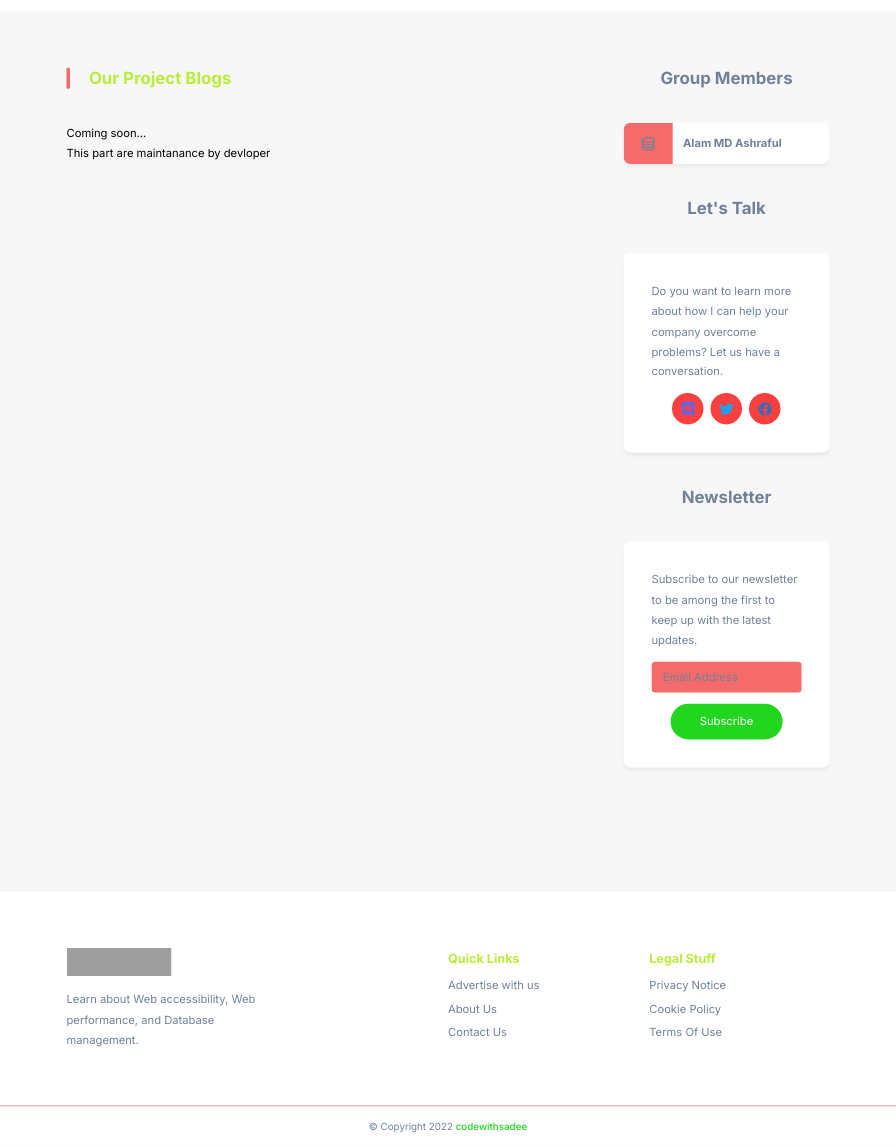
Repository: ramizraaz/zjuTeam
Page: main.html
The author's editor kept a copy of each file at every save. The page is drawn from the files as they stood at one save, then again after the next save.
The browser window is 1280 px wide. The pictures show the part of the page from y = 536 to 2456 px (the page is 2174 px tall before and 2473 px after), at 70% of full size.
Pictures or frames that could not be fetched are drawn as grey boxes. A picture or video elsewhere on the page could not be fetched, so the positions and the page height are approximate.

Above is the page before, as saved 2023-10-09 02:27:08.

After the next save:
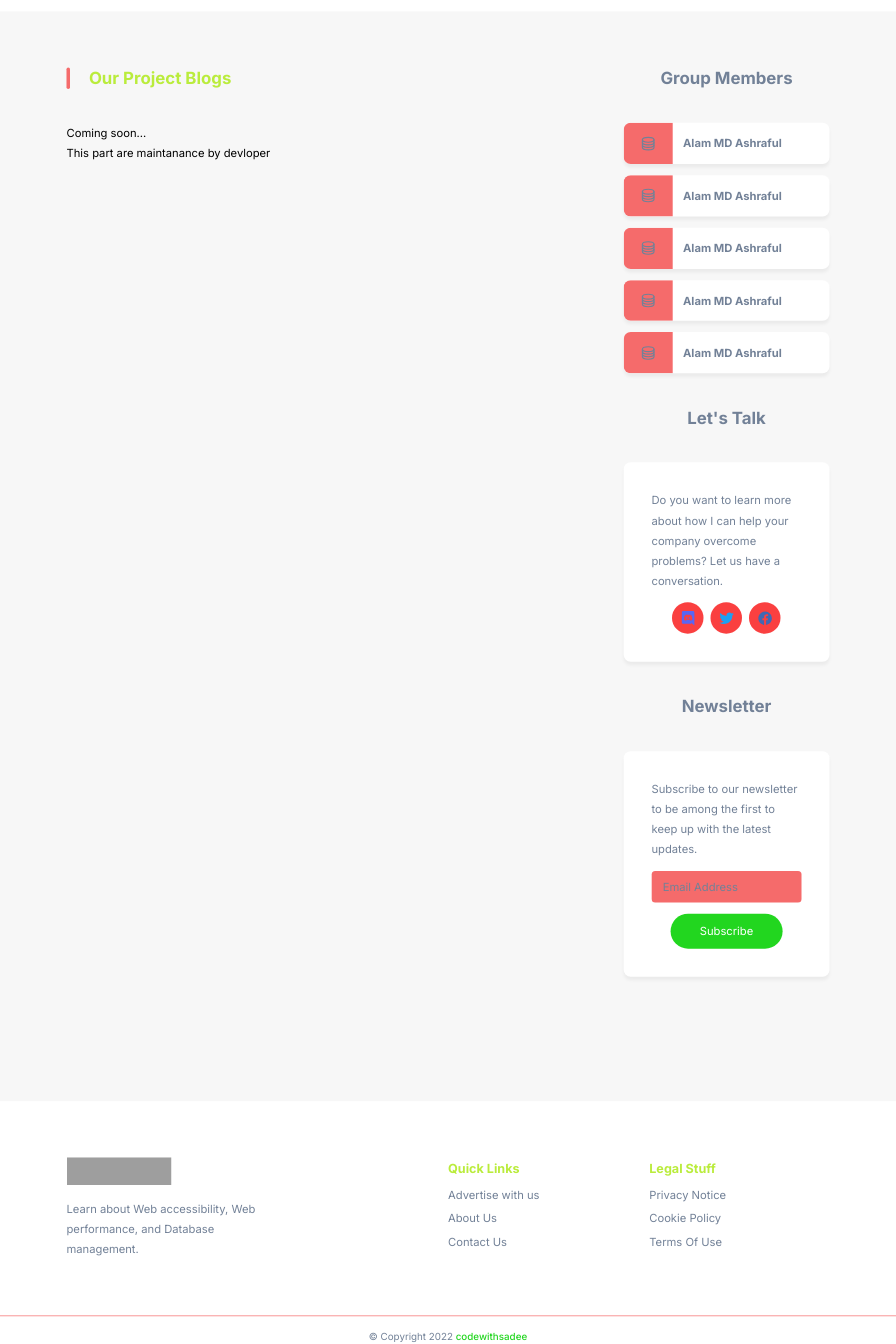
Saved 17 s later.
--- a/main.html
+++ b/main.html
@@ -198,6 +198,34 @@
 
                             <p>Alam MD Ashraful</p>
                         </a>
+                        <a href="#" class="topic-btn">
+                            <div class="icon-box">
+                                <ion-icon name="server-outline"></ion-icon>
+                            </div>
+
+                            <p>Alam MD Ashraful</p>
+                        </a>
+                        <a href="#" class="topic-btn">
+                            <div class="icon-box">
+                                <ion-icon name="server-outline"></ion-icon>
+                            </div>
+
+                            <p>Alam MD Ashraful</p>
+                        </a>
+                        <a href="#" class="topic-btn">
+                            <div class="icon-box">
+                                <ion-icon name="server-outline"></ion-icon>
+                            </div>
+
+                            <p>Alam MD Ashraful</p>
+                        </a>
+                        <a href="#" class="topic-btn">
+                            <div class="icon-box">
+                                <ion-icon name="server-outline"></ion-icon>
+                            </div>
+
+                            <p>Alam MD Ashraful</p>
+                        </a>
 
                     </div>
                     <div class="contact">
